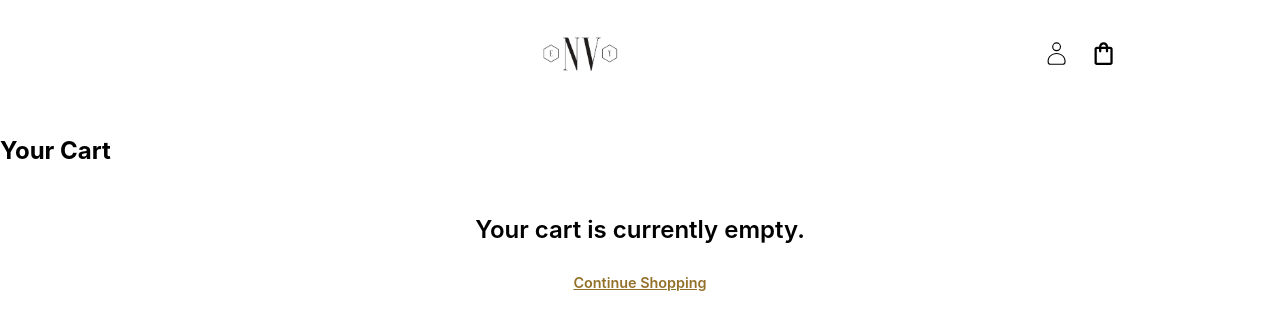
Repository: lasity34/new-envy
Page: /cart (app in my-new-envy/)
An editor plug-in stored every save of this project. The page is shown before and after the next save, followed by the edit.
The browser window is 1280 px wide. The pictures show the whole page.
Some web fonts or font styles are not loaded; a fallback is used. The project was rebuilt for these pictures with package versions that can differ from the ones it lists, and the page was loaded fresh each time. Also part of the build but not shown: my-new-envy/src/components/HeroBanner.tsx, my-new-envy/src/components/ProductCard.tsx, my-new-envy/src/data.ts, my-new-envy/src/components/FeaturedProducts.tsx, my-new-envy/src/components/AboutUs.tsx, my-new-envy/src/components/ContactUs.tsx, my-new-envy/src/components/ProductDetails.tsx.

Above is the page before, as saved 2024-04-24 14:04:04.

After the next save:
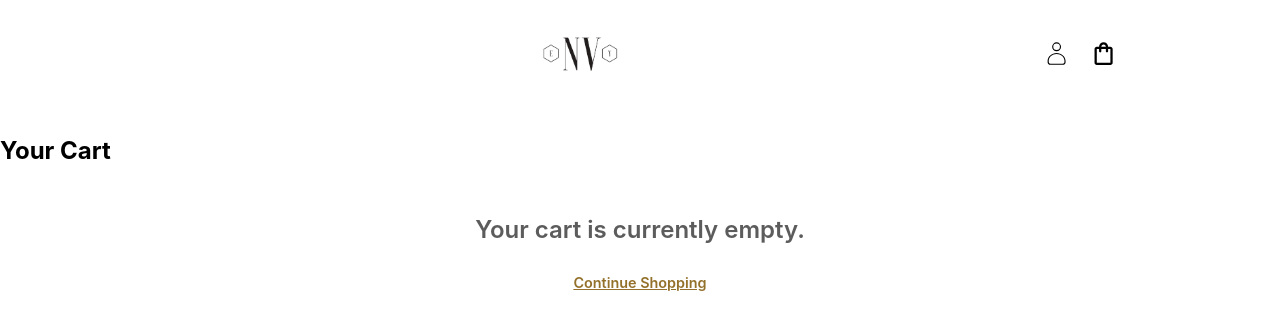
Saved 38 s later.
--- a/my-new-envy/src/components/ShoppingCart.tsx
+++ b/my-new-envy/src/components/ShoppingCart.tsx
@@ -68,6 +68,7 @@ const EmptyCartMessage = styled.div`  // Changed from p to div for container ben
   text-align: center;
   font-size: 24px;  // Make it larger
   font-weight: 600;
+  color: #5c5c5c;
   margin-top: 50px;  // Spacing from top
 `;
 
